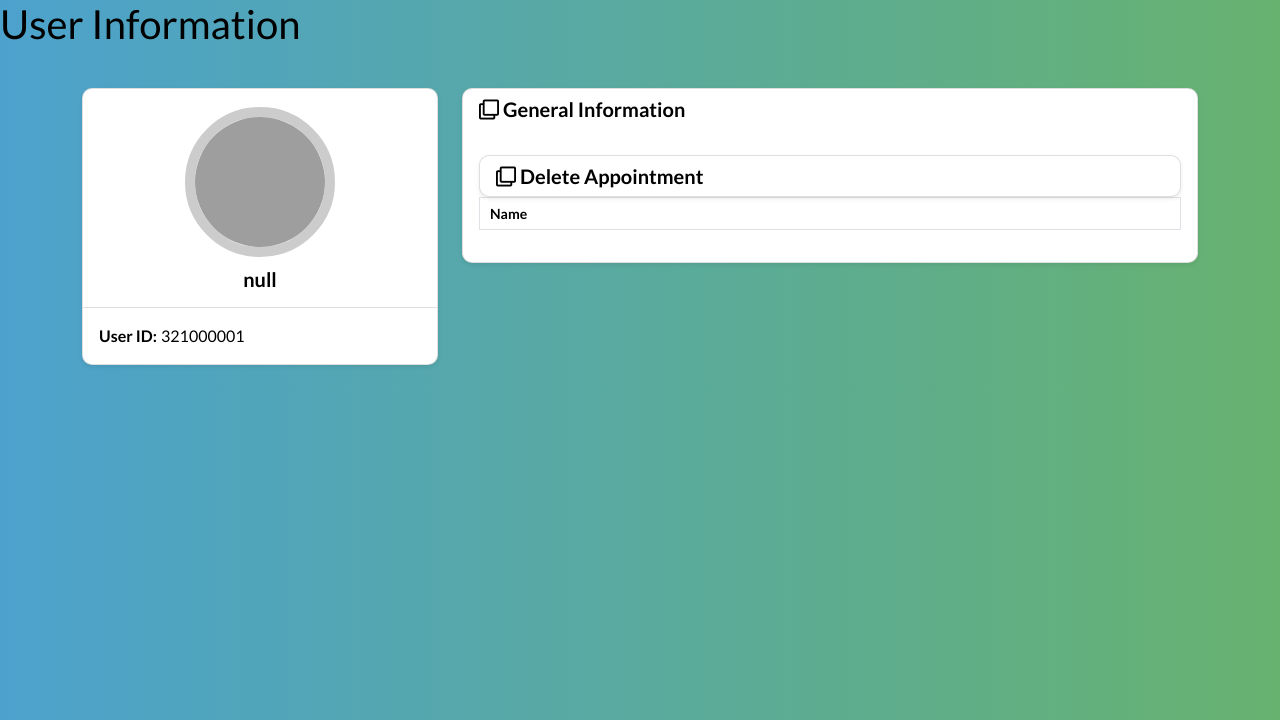
Repository: TanviRathore/Online-medicare-backend
Page: http://localhost/Medicare/Profile.jsp
These files come from the project's save history. The page is drawn as it stood at one moment and after the next save; the edit follows.
The browser window is 1280 px wide. The pictures show the whole page.
Pictures or frames that could not be fetched are drawn as grey boxes. Some web libraries are served in a nearby version. The page is served by Tomcat 9. Queries for data that is not in the repository find no rows.

Above is the page before, as saved 2022-04-15 08:57:00.

After the next save:
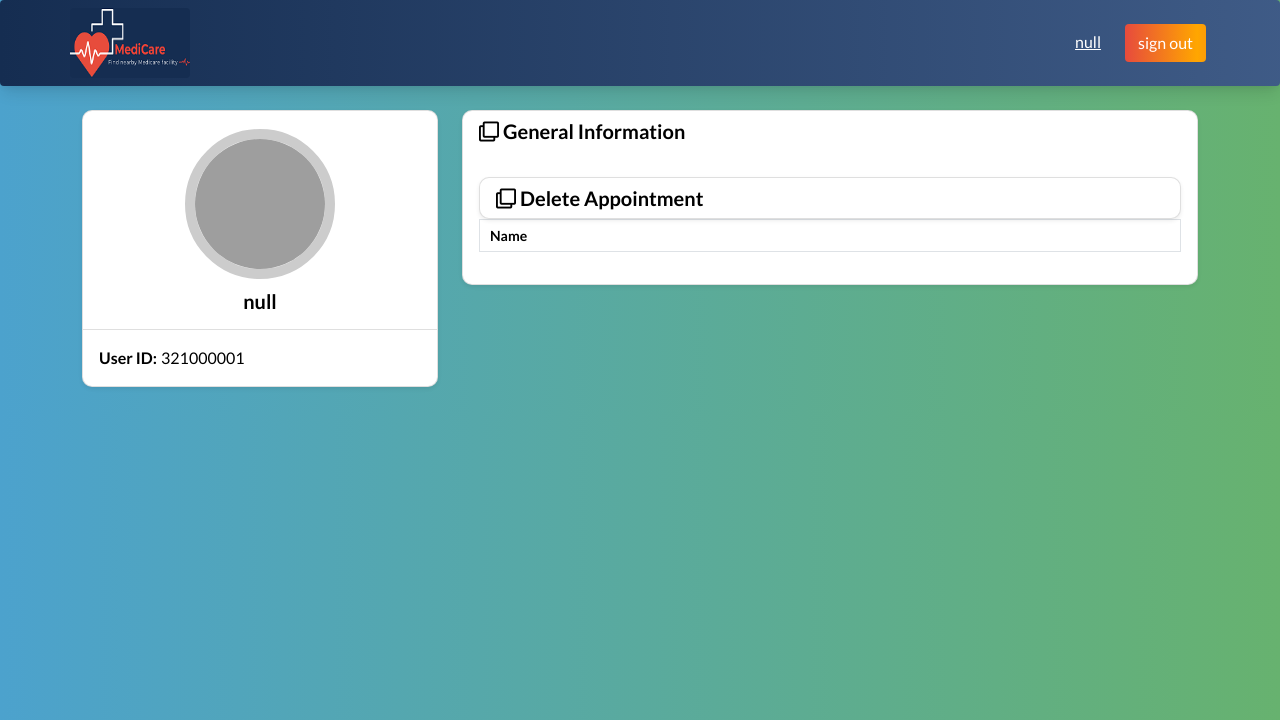
Saved 70 s later.
--- a/Medicare/WebContent/Profile.jsp
+++ b/Medicare/WebContent/Profile.jsp
@@ -73,16 +73,27 @@
 
 
 
-<header class="ScriptHeader">
-    <div class="rt-container">
-    	<div class="col-rt-12">
-        	<div class="rt-heading">
-            	<h1>User Information</h1>
-                <p> </p>
+<header>
+        <nav class="navbar navbar-expand-md rounded d-flex justify-content-between">
+            <div style="height:70px; width: 120px;">
+                <div style="width: 100%; height: 100%;">
+                    <img src="./assets/Logo (2).png" alt="logo" style="width:100%; height: 100%; background-size: 200% auto;" class="rounded"/>
+                </div>
             </div>
-        </div>
-    </div>
-</header>
+            <div class="d-flex flex-row justify-content-between">
+                <div style="align-items: center; padding: 10px;">
+                    <a class=" text-white" href="Profile.jsp" style="margin: 10px;">
+                        <%=userName %>
+                    </a>
+                </div>
+                <div>
+                    <a class="btn button-outline-none text-white m-1" href="Signout">
+                        sign out
+                    </a>
+                </div>
+            </div>
+        </nav>
+    </header>
 
 <section>
     <div class="rt-container">
